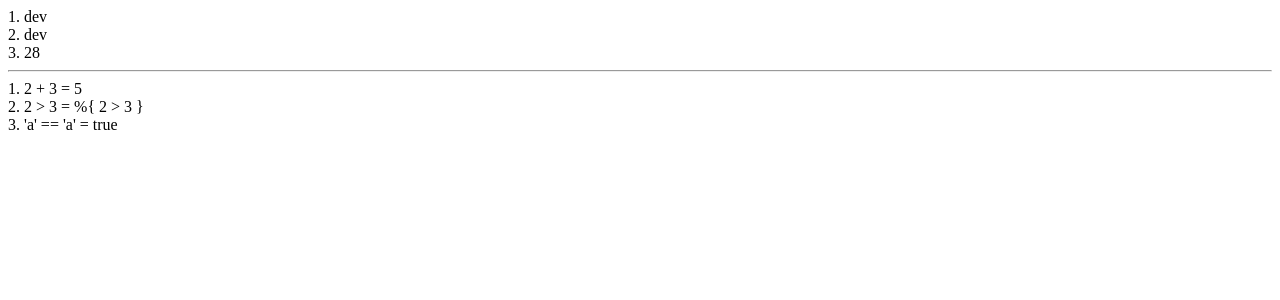
Repository: NewParkk/MultiStudy
Page: http://localhost/step06_jsp/step01_scripting.jsp
These files come from the project's save history. The page is drawn as it stood at one moment and after the next save; the edit follows.
The browser window is 1280 px wide. The pictures show the whole page.
The page is served by Tomcat 9. Other server files are loaded and not shown.

Above is the page before, as saved 2023-12-28 04:40:46.

### 04.web/step06_jsp/WebContent/step01_scripting.jsp
<%@page import="java.io.PrintWriter"%>
<%@ page language="java" contentType="text/html; charset=UTF-8"
    pageEncoding="UTF-8"%>
<!DOCTYPE html>
<html>
<head>
<meta charset="UTF-8">
<title>step01_scripting</title>
</head>
<body>
<%-- JSP 주석 --%>
<%! String name = "dev"; %>

1. <%= name %> <br/>
2. <% out.println(name); %> <br/>
<% int age = 28; %>
3. <%= age %> <br/>

<hr/>
1. 2 + 3 = ${ 2 + 3 } <br/>
2. 2 > 3 = %{ 2 > 3 } <br/>
3. 'a' == 'a' = ${'a' == 'a'} <br/>
<%
//  Scope : 범위

	//
	pageContext.setAttribute("pageData", "현재 페이지에서만 사용 가능");
%>






</body>
</html>

After the next save:
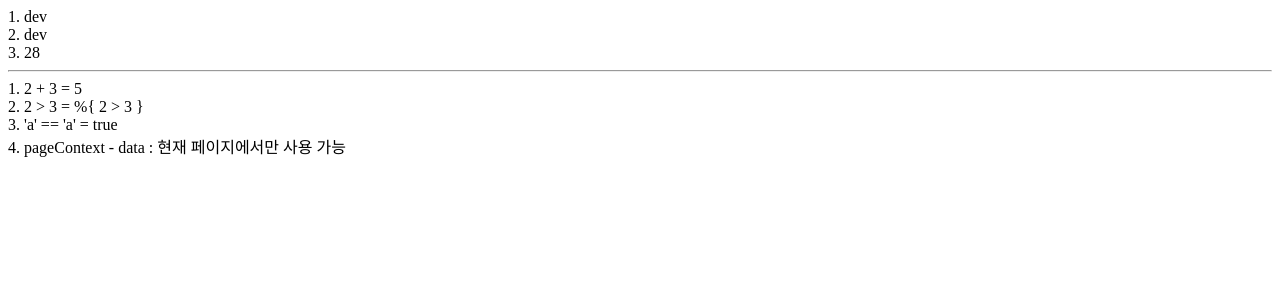
Saved 2 min 48 s later.
--- a/04.web/step06_jsp/WebContent/step01_scripting.jsp
+++ b/04.web/step06_jsp/WebContent/step01_scripting.jsp
@@ -26,7 +26,7 @@
 	//
 	pageContext.setAttribute("pageData", "현재 페이지에서만 사용 가능");
 %>
-
+4. pageContext - data : ${pageScope.pageData}
 
 
 
